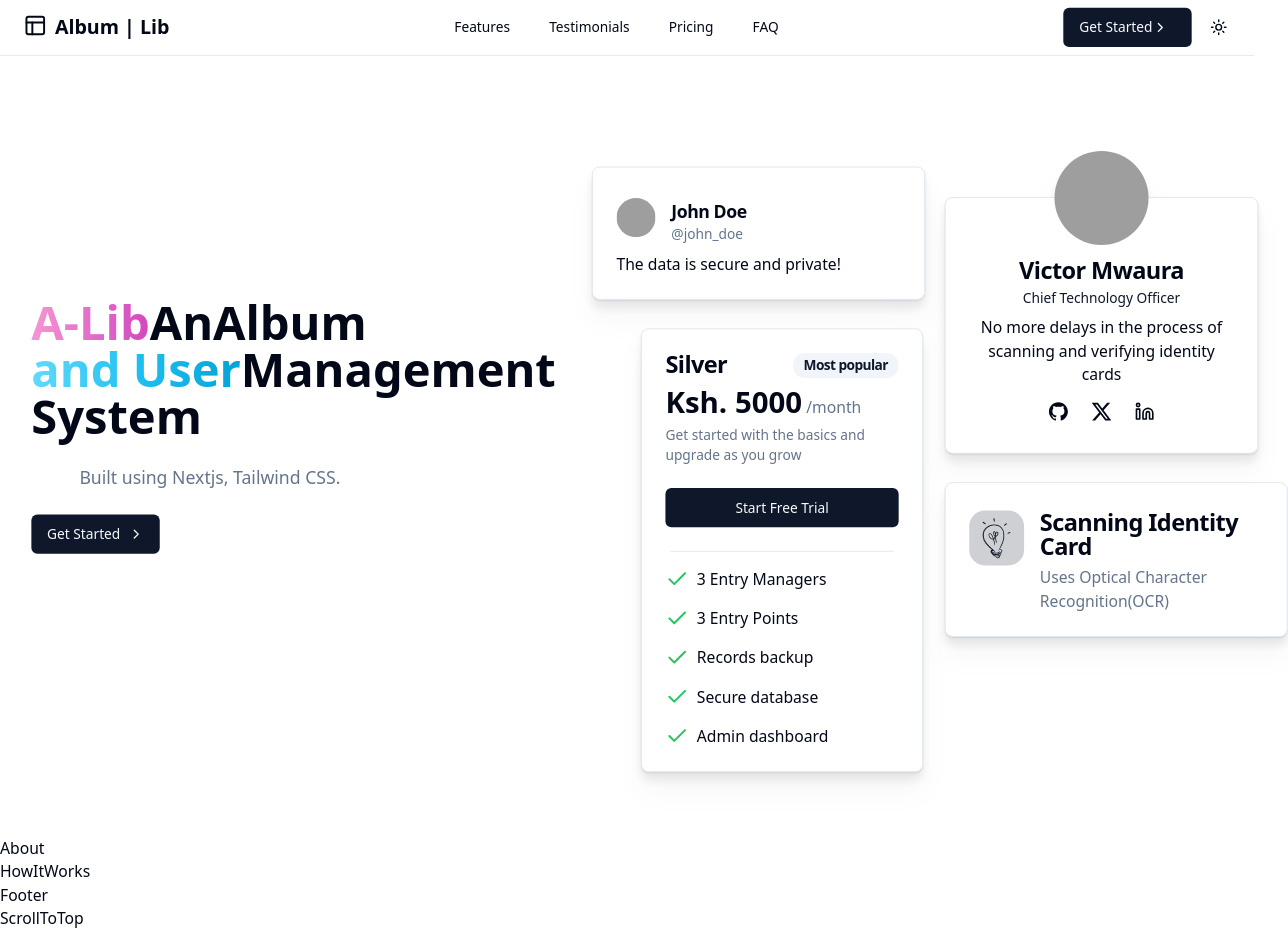
Repository: DevLaukey/savannah-informatics-test
Page: /
The author's editor kept a copy of each file at every save. The page is drawn from the files as they stood at one save, then again after the next save.
The browser window is 1280 px wide. The page is 1314 px wide, so the pictures cover 1314 px, including what lies to the right of the window. The pictures show the whole page, at 98% of full size.
Pictures or frames that could not be fetched are drawn as grey boxes. The project was rebuilt for these pictures with package versions that can differ from the ones it lists, and the page was loaded fresh each time. The framework's server and built-in components were replaced by stand-ins that run in the browser. Also part of the build but not shown: next.config.mjs.

Above is the page before, as saved 2024-06-04 21:57:10.

After the next save:
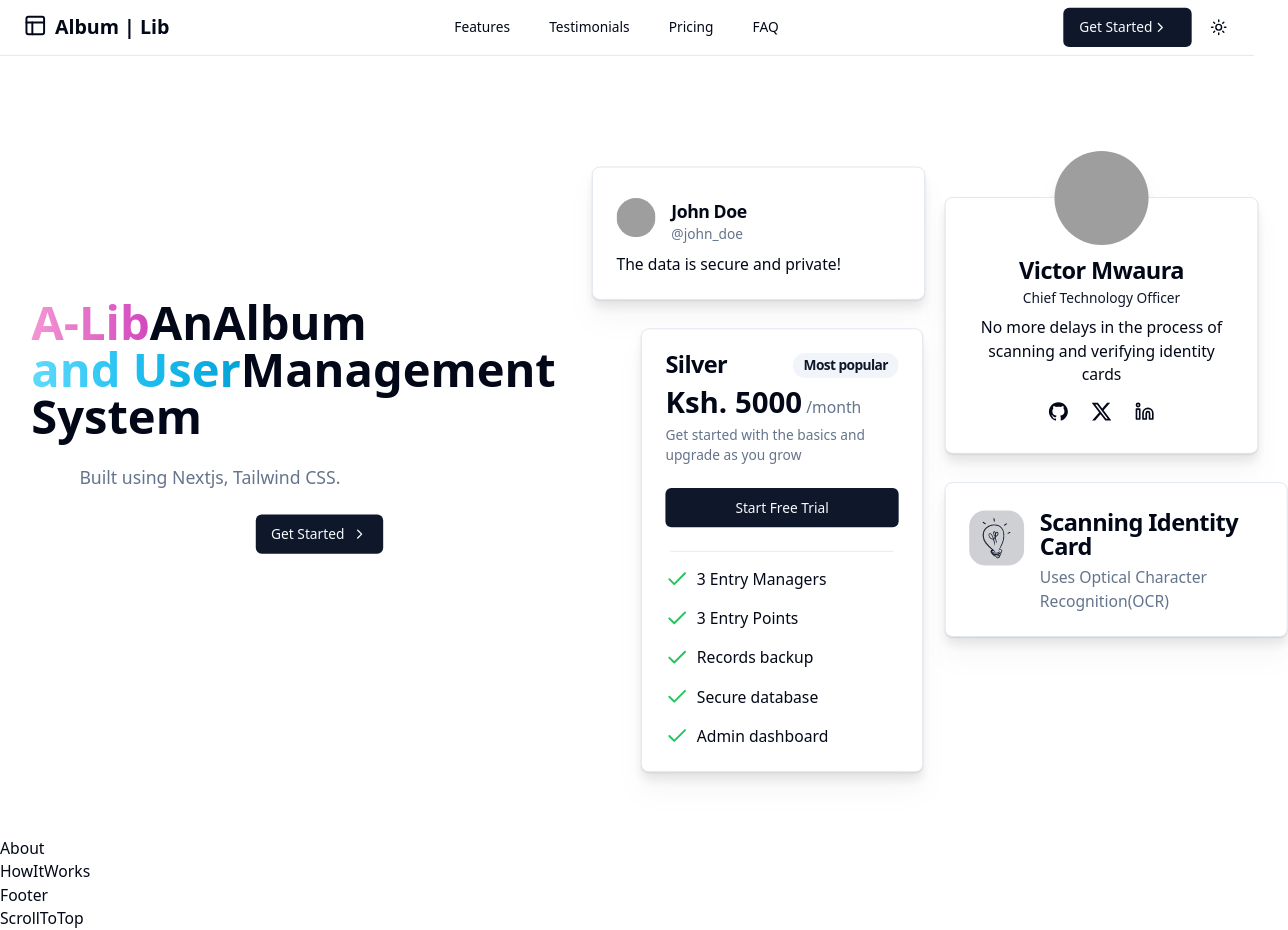
Saved 9 s later.
--- a/components/landing-page/Hero.jsx
+++ b/components/landing-page/Hero.jsx
@@ -26,7 +26,7 @@
           Built using Nextjs, Tailwind CSS.
         </p>
 
-        <div className="">
+        <div className="flex justify-center items-center">
           <Button
             type="button"
             className={buttonVariants({ variant: "primary" })}

After the 3 saves that followed:
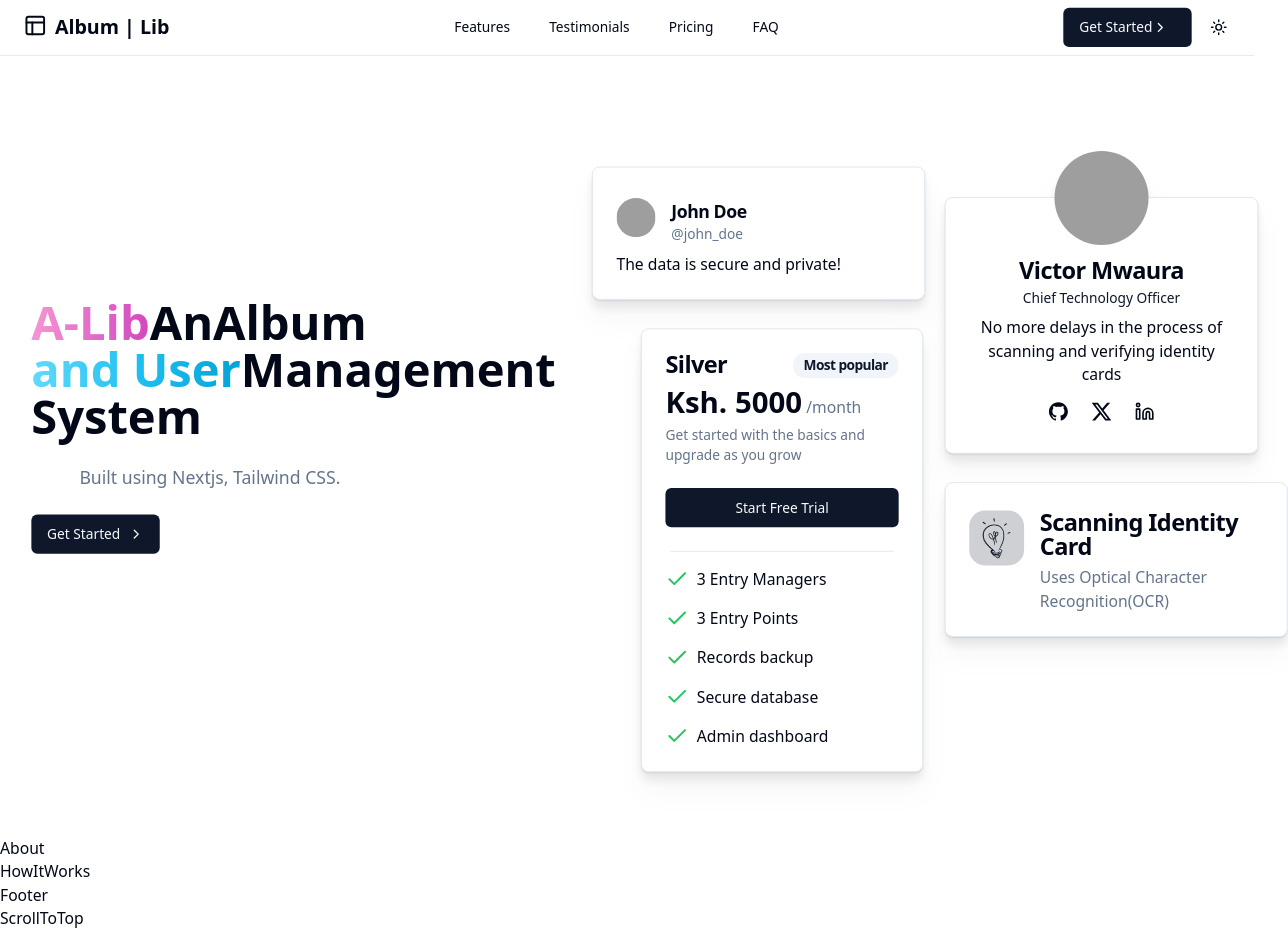
The 3 saves are shown as one change because 1 left the picture as it was and some came seconds apart.
The last was saved 30 s later.
--- a/components/landing-page/Hero.jsx
+++ b/components/landing-page/Hero.jsx
@@ -26,12 +26,13 @@
           Built using Nextjs, Tailwind CSS.
         </p>
 
-        <div className="flex justify-center items-center">
+        <div className="">
           <Button
             type="button"
-            className={buttonVariants({ variant: "primary" })}
+            className={
+              "flex justify-center" + buttonVariants({ variant: "primary" })
+            }
           >
-
             Get Started
             <ChevronRight className="ml-2 h-4 w-4" />
           </Button>
